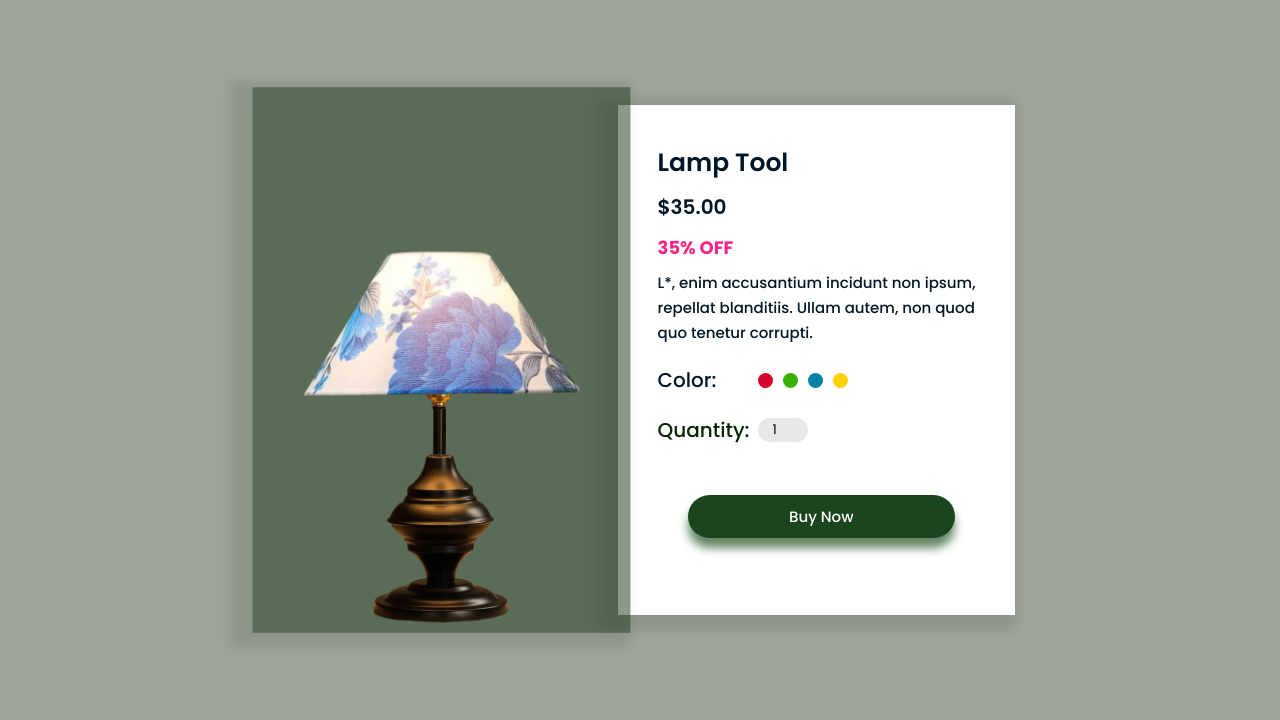
Repository: doua184/CasaLux
Page: single2.html
The author's editor kept a copy of each file at every save. The page is drawn from the files as they stood at one save, then again after a run of saves.
The browser window is 1280 px wide. The pictures show the whole page.

Above is the page before, as saved 2025-04-05 19:47:04.

After the next 2 saves:
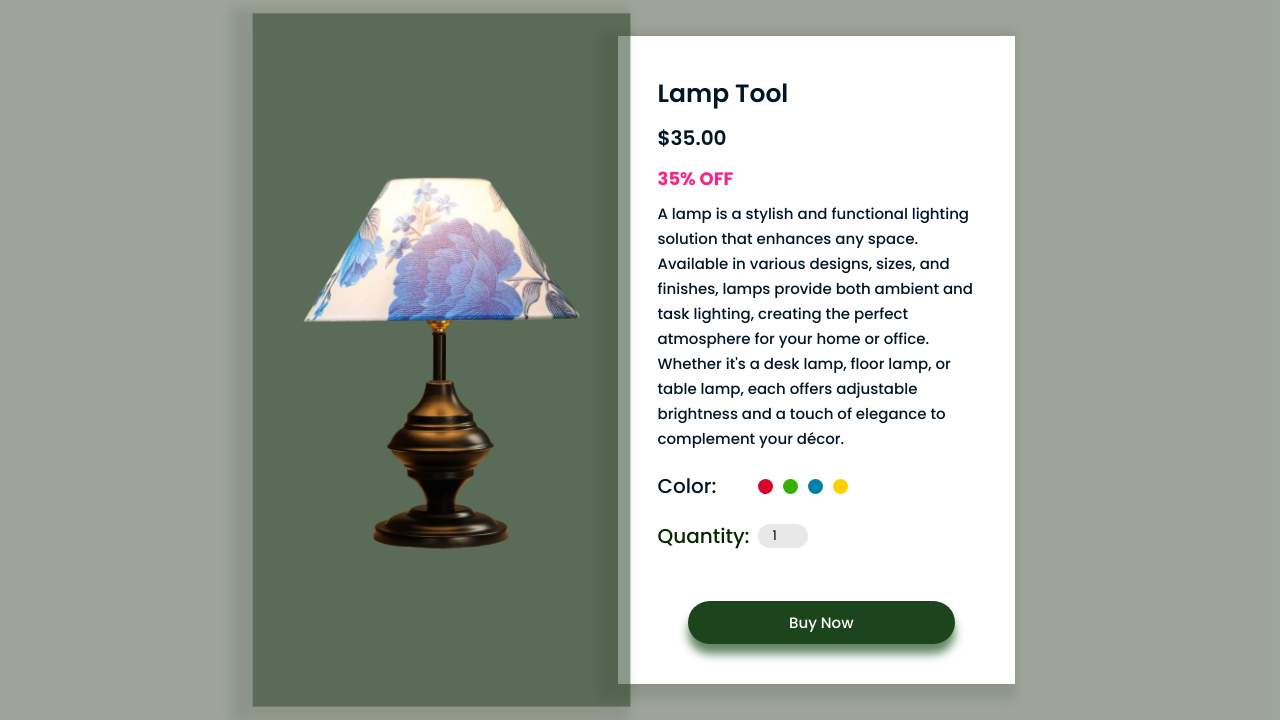
The 2 saves are shown as one change because they came seconds apart.
The last was saved 5 s later.
--- a/single2.html
+++ b/single2.html
@@ -19,7 +19,7 @@
                     <h2>Lamp Tool</h2>
                     <h3>$35.00</h3>
                     <h4>35% OFF</h4>
-                    <p>L*, enim accusantium incidunt non ipsum, repellat blanditiis. Ullam autem, non quod quo tenetur corrupti.</p>
+                    <p>A lamp is a stylish and functional lighting solution that enhances any space. Available in various designs, sizes, and finishes, lamps provide both ambient and task lighting, creating the perfect atmosphere for your home or office. Whether it's a desk lamp, floor lamp, or table lamp, each offers adjustable brightness and a touch of elegance to complement your décor.</p>
                 </div>
 
                 <div class="colors">
